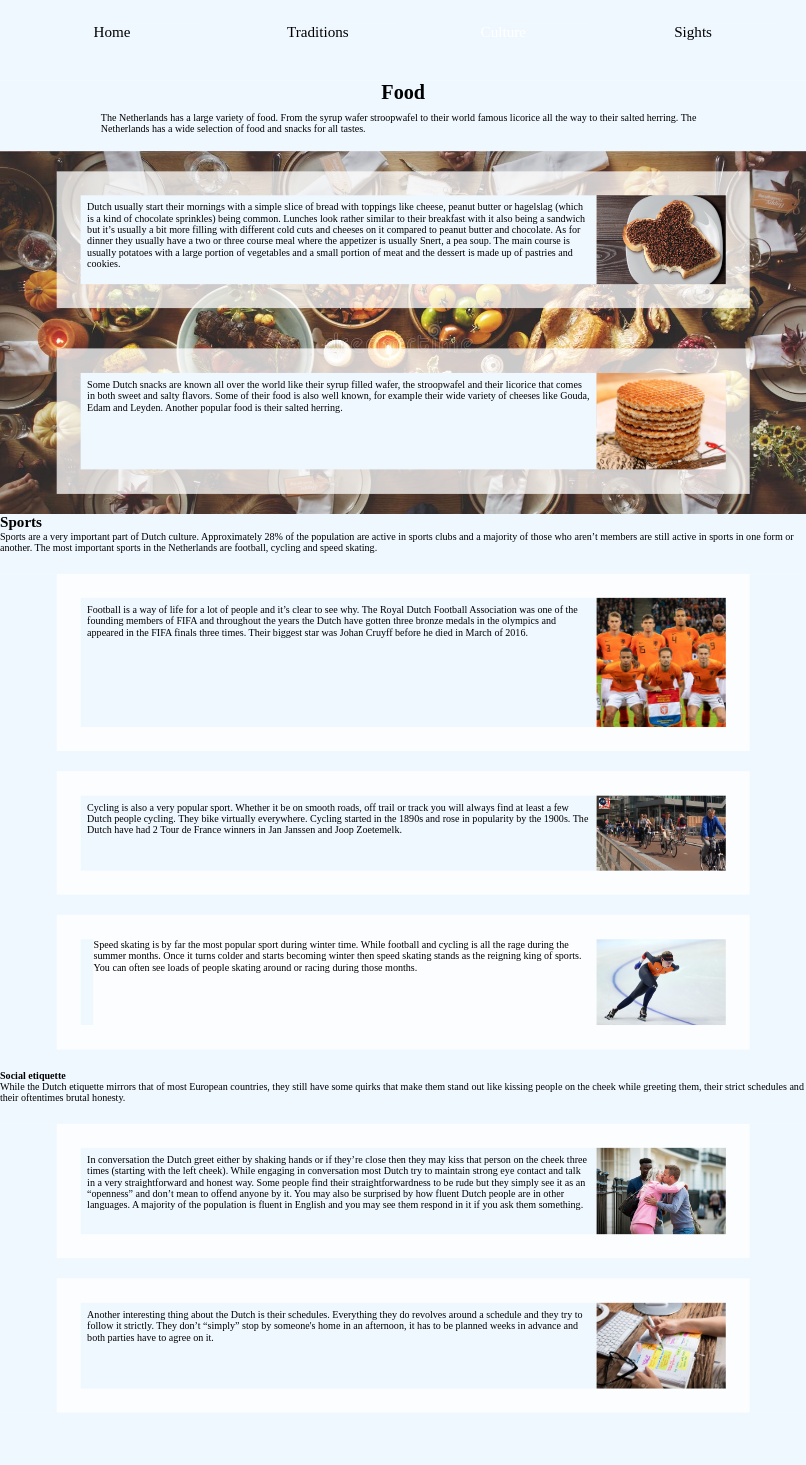
Repository: Cornman63/The-netherlands
Page: html/culture.html
The author's editor kept a copy of each file at every save. The page is drawn from the files as they stood at one save, then again after the next save.
The browser window is 1280 px wide. The pictures show the whole page, at 63% of full size.

Above is the page before, as saved 2023-05-28 13:13:58.

### html/culture.html
<!DOCTYPE html>
<html lang="en">
<head>
    <meta charset="UTF-8">
    <meta http-equiv="X-UA-Compatible" content="IE=edge">
    <meta name="viewport" content="width=device-width, initial-scale=1.0">
    <title>Culture</title>
    <link rel="stylesheet" href="../CSS\style2.css">
</head>
<body>
<header style="background-color:red;">
    <div class="top">
        <div class="site"><a href="index.html" class="link">Home</a></div>
        <div class="site"><a href="traditions.html" class="link">Traditions</a></div>
        <div class="site"><a href="culture.html" style="color: white" class="link">Culture</a></div>
        <div class="site"><a href="sights.html" class="link">Sights</a></div>
    </div>
</header>

    <div class="text">
        <h4 id="foodh">Food</h4>
        <div class="food">
            <div class="stroopwafel">The Netherlands has a large variety of food. From the syrup wafer stroopwafel to their world famous licorice all the way to their salted herring. The Netherlands has a wide selection of food and snacks for all tastes. </div>
        </div>
        <div class="foodmain">
        <div class="item">
            <p class="par">Dutch usually start their mornings with a simple slice of bread with toppings like cheese, peanut butter or hagelslag (which is a kind of chocolate sprinkles) being common. Lunches look rather similar to their breakfast with it also being a sandwich but it’s usually a bit more filling with different cold cuts and cheeses on it compared to peanut butter and chocolate. As for dinner they usually have a two or three course meal where the appetizer is usually Snert, a pea soup. The main course is usually potatoes with a large portion of vegetables and a small portion of meat and the dessert is made up of pastries and cookies. </p>
            <img src="../images\hagelslag.jpg" alt="hagelslag" class="img">
        </div>
        <div class="item">
            <p class="par">Some Dutch snacks are known all over the world like their syrup filled wafer, the stroopwafel and their licorice that comes in both sweet and salty flavors. Some of their food is also well known, for example their wide variety of cheeses like Gouda, Edam and Leyden. Another popular food is their salted herring.</p>
            <img src="../images/stroopwafel.jpg" alt="stroopwafel" class="img">
        </div>
        </div>

        <div class="sportstart">
            <h2>Sports</h2>
            <p>Sports are a very important part of Dutch culture. Approximately 28% of the population are active in sports clubs and a majority of those who aren’t members are still active in sports in one form or another. The most important sports in the Netherlands are football, cycling and speed skating. </p>
        </div>
        <div class="sportmain">
            <div class="item">
            <p class="par">Football is a way of life for a lot of people and it’s clear to see why. The Royal Dutch Football Association was one of the founding members of FIFA and throughout the years the Dutch have gotten three bronze medals in the olympics and appeared in the FIFA finals three times. Their biggest star was Johan Cruyff before he died in March of 2016. </p>
            <img src="../images/football.jpg" alt="dutch football" class="img">
            </div>
            <div class="item">
                <p class="par">Cycling is also a very popular sport. Whether it be on smooth roads, off trail or track you will always find at least a few Dutch people cycling. They bike virtually everywhere. Cycling started in the 1890s and rose in popularity by the 1900s. The Dutch have had 2 Tour de France winners in Jan Janssen and Joop Zoetemelk.</p>
                <img src="../images/cycling.jpg" alt="cycling" class="img">
            </div>
            <div class="item">
                <p class="par"></p>Speed skating is by far the most popular sport during winter time. While football and cycling is all the rage during the summer months. Once it turns colder and starts becoming winter then speed skating stands as the reigning king of sports. You can often see loads of people skating around or racing during those months.</p>
                <img src="../images/skating.jpg" alt="skating" class="img">
            </div>
        </div>
        <div class="soceqstart">
            <h4>Social etiquette</h4>
            <p>While the Dutch etiquette mirrors that of most European countries, they still have some quirks that make them stand out like kissing people on the cheek while greeting them, their strict schedules and their oftentimes brutal honesty.</p>
        </div>
        <div class="soceqmain">
            <div class="item">
                <p class="par">In conversation the Dutch greet either by shaking hands or if they’re close then they may kiss that person on the cheek three times (starting with the left cheek). While engaging in conversation most Dutch try to maintain strong eye contact and talk in a very straightforward and honest way. Some people find their straightforwardness to be rude but they simply see it as an “openness” and don’t mean to offend anyone by it. You may also be surprised by how fluent Dutch people are in other languages. A majority of the population is fluent in English and you may see them respond in it if you ask them something.</p>
                <img src="../images/kiss.jpeg" alt="dutch kiss" class="img">
            </div>
            <div class="item">
                <p class="par">Another interesting thing about the Dutch is their schedules. Everything they do revolves around a schedule and they try to follow it strictly. They don’t “simply” stop by someone's home in an afternoon, it has to be planned weeks in advance and both parties have to agree on it.                </p>
                <img src="../images/schedule.webp" alt="schedule" class="img">
            </div>
        </div>
    </div>

<footer>
    <div class="bottom">

    </div>
</footer>

</body>
</html>

### CSS/style2.css
* {
    margin:0;
    background-color: aliceblue;
}
.header{
    background-color: #861023;
    width: 100%;
}

footer{
    background-color: #053484;
    width: 100%;
}

.top, .bottom {
    display: flex;
    flex-direction: row;
    justify-content: center;
    align-content: center;
    margin: auto;
    padding: 2%;
    font-size: 150%;
}
.site {
    display: flex;
    border: 1%;
    margin: 1%;
    margin-left: 10%;
    align-content: center;
    width: 90%;
}

.link{
    text-decoration: none;
}
.link:link {
    color:black;
}
.link:visited {
    color:black;
}
.link:hover {
    color:white;
}
.foodmain {
    display: flex;
    flex-direction: column;
    background-image: url(../images/dinner2.png);
    background-size: cover;
    border: 5%;
    overflow: hidden;
}
.food,#foodh {
    margin: auto;
}
#foodh {
    justify-content: center;
    align-content:center;
    margin-top: 2%;
    margin-bottom: 1%;
    text-align: center;
    font-size:200%;
}
.food {
    margin-bottom: 2%;
}
.item{
    max-width: 80%;
    margin: auto;
    display: flex;
    flex-direction: row;
    padding: 3%;
    background-color: rgba(255,255,255,0.75);
    border:5%;
    margin-top: 2.5%;
    margin-bottom: 2.5%;
}
.img {
    width: 20%;
    height: 20%;
    display: flex;
    flex-direction: row;
}
.par {
    padding: 1%;
}

.stroopwafel {
    width: 75%;
    margin: auto;
}

After the next save:
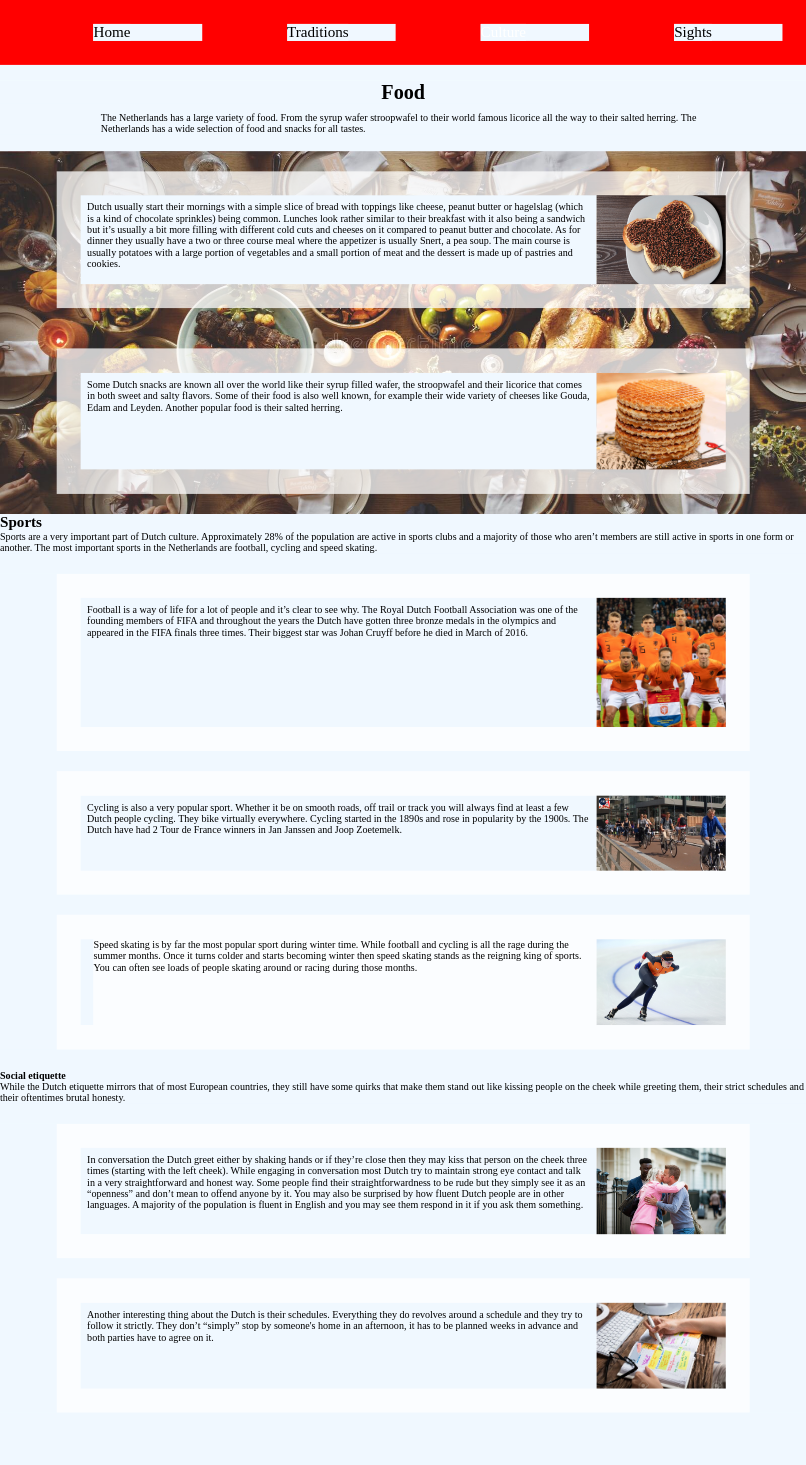
Saved 74 s later.
--- a/html/culture.html
+++ b/html/culture.html
@@ -8,8 +8,8 @@
     <link rel="stylesheet" href="../CSS\style2.css">
 </head>
 <body>
-<header style="background-color:red;">
-    <div class="top">
+<header>
+    <div class="top" style="background-color:red;">
         <div class="site"><a href="index.html" class="link">Home</a></div>
         <div class="site"><a href="traditions.html" class="link">Traditions</a></div>
         <div class="site"><a href="culture.html" style="color: white" class="link">Culture</a></div>

After the save that followed:
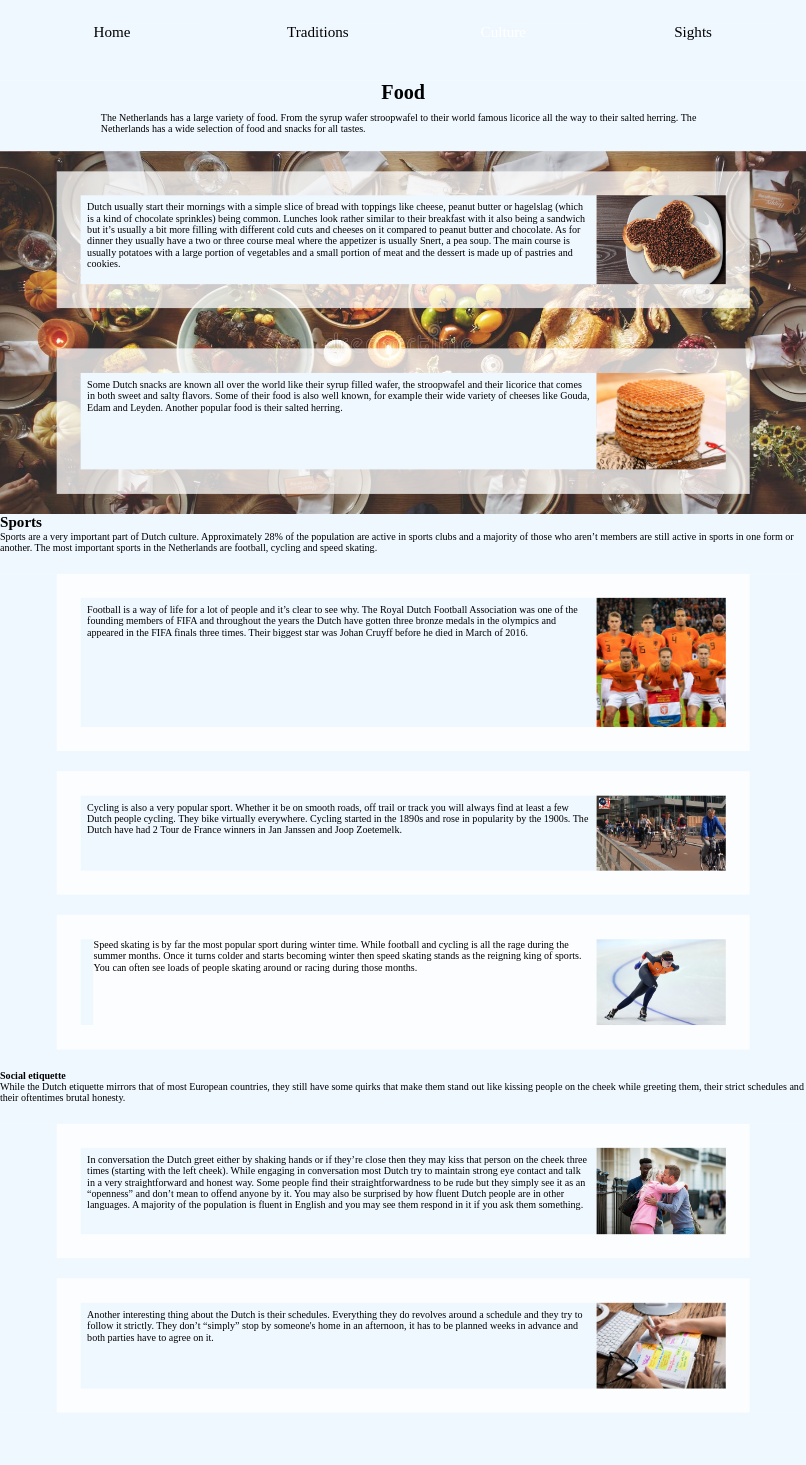
Saved 14 s later.
--- a/html/culture.html
+++ b/html/culture.html
@@ -9,7 +9,7 @@
 </head>
 <body>
 <header>
-    <div class="top" style="background-color:red;">
+    <div class="top">
         <div class="site"><a href="index.html" class="link">Home</a></div>
         <div class="site"><a href="traditions.html" class="link">Traditions</a></div>
         <div class="site"><a href="culture.html" style="color: white" class="link">Culture</a></div>
